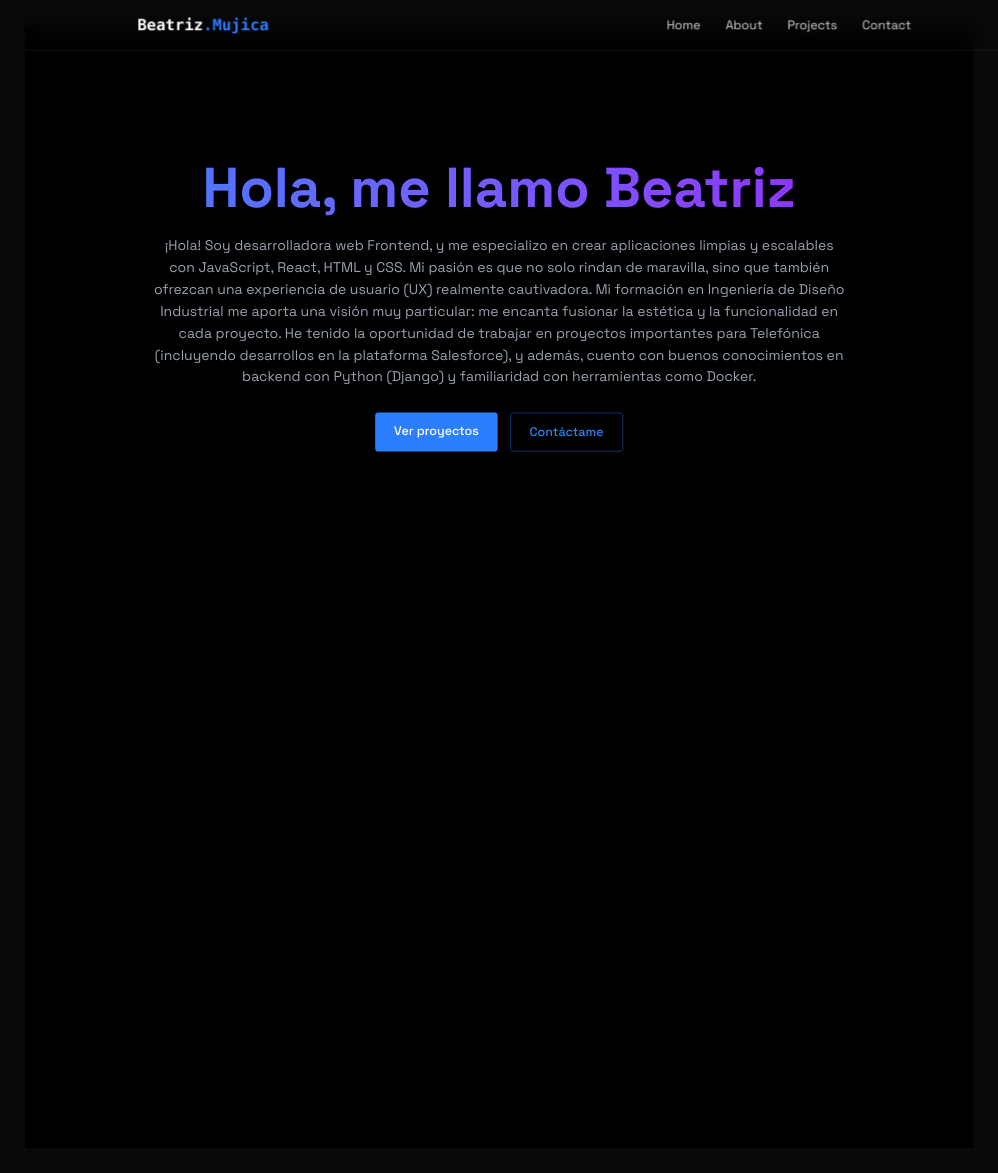
Repository: Bea0224/beatriz-portfolio
Page: /
These files come from the project's save history. The page is drawn as it stood at one moment and after a run of saves; the edit follows.
The browser window is 1280 px wide. The pictures show the whole page, at 78% of full size.
The project was rebuilt for these pictures with package versions that can differ from the ones it lists, and the page was loaded fresh each time. Also part of the build but not shown: vite.config.js.

Above is the page before, as saved 2025-12-06 20:47:48.

### index.html
<!doctype html>
<html lang="en">
  <head>
    <meta charset="UTF-8" />
    <link rel="icon" type="image/svg+xml" href="/vite.svg" />
    <link rel="preconnect" href="https://fonts.googleapis.com">
    <link rel="preconnect" href="https://fonts.gstatic.com" crossorigin>
    <link
      href="https://fonts.googleapis.com/css2?family=Space+Grotesk:wght@300..700&display=swap"
      rel="stylesheet"
    />
    <meta name="viewport" content="width=device-width, initial-scale=1.0" />
    <title>Vite + React</title>
  </head>
  <body>
    <div id="root"></div>
    <script type="module" src="/src/main.jsx"></script>
  </body>
</html>

### src/index.css
@import "tailwindcss";

html,
body {
  margin: 0;
  padding: 0;
  font-family: "Space Grotesk", sans-serif;
  background: #0a0a0a;
  color: #f3f4f6;
}

@layer utilities {
  @keyframes blink {
    0%,
    100% {
      opacity: 1;
    }
    50% {
      opacity: 0;
    }
  }

  .animate-blink {
    animation: blink 0.8s step-end infinite;
  }

  @keyframes loading {
    0% {
      transform: translateX(-100%);
    }
    100% {
      transform: translateX(250%);
    }
  }

  .animate-loading-bar {
    animation: loading 0.8s ease infinite;
  }
}

.reveal {
  opacity: 0;
  transform: translateY(20px);
  transition: opacity 0.7s ease, transform 0.7s ease;
}

.reveal.visible {
  opacity: 1;
  transform: translateY(0);
}

### src/App.jsx
import { useState } from 'react';
import './App.css'
import {LoadingScreen} from "./components/LoadingScreem";
import { Navbar } from './components/Navbar';
import { MobileMenu } from './components/MobileMenu';
import { Home } from './components/sections/Home';
import { About } from './components/sections/About';
// import { Projects } from './components/sections/Projects';
// import { Contact } from './components/sections/Contact';

import "./index.css"

function App() {
  const [isLoaded, setIsLoaded] = useState(false)
  const [menuOpen, setMenuOpen] = useState(false)

  return (
    <>
      {!isLoaded && <LoadingScreen onComplete={()=>setIsLoaded(true)} />}{" "}
        <div className={`min-h-screen transition-opacity duration-700 ${isLoaded ? "opacity-100" : "opacity-0"
        } bg-black text-gray-100`}
        >
          <Navbar menuOpen={menuOpen} setMenuOpen={setMenuOpen} />
          <MobileMenu menuOpen={menuOpen} setMenuOpen={setMenuOpen} />
          <Home />
          <About />
          {/*<Projects />
          <Contact /> */}
        </div>
    </>
  )
}

export default App

### src/components/LoadingScreem.jsx
import { useEffect, useState } from "react";

export const LoadingScreen = ({ onComplete }) => {
  const [text, setText] = useState("");
  const fullText = "<Hello Wolrd! />";

  useEffect(() => {
    let index = 0;
    const interval = setInterval(() => {
      setText(fullText.substring(0, index));
      index++;

      if (index > fullText.length) {
        clearInterval(interval);

        setTimeout(() => {
          onComplete();
        }, 1000);
      }
    }, 100);

    return () => clearInterval(interval);
  }, [onComplete]);

  return (
    <div className="fixed inset-0 z-50 bg-black text-gray-100 flex flex-col items-center justify-center">
      <div className="mb-4 text-4xl font-mono font-bold">
        {text} <span className="animate-blink ml-1"> | </span>
      </div>

      <div className="w-[200px] h-[2px] bg-gray-800 rounded relative overflow-hidden">
        <div className="w-[40%] h-full bg-blue-500 shadow-[0_0_15px_#3b82f6] animate-loading-bar"></div>
      </div>
    </div>
  );
};

### src/components/Navbar.jsx
import { useEffect } from "react"

export const Navbar = ({menuOpen, setMenuOpen}) => {

    useEffect(() => {
        document.body.style.overflow = menuOpen ? "hidden" : "";
    }, [menuOpen])

    return (
    <nav className="fixed top-0 w-full z-40 bg-[rgba(10, 10, 10, 0.8)] backdrop-blur-lg border-b border-white/10 shadow-lg">
        <div className="max-w-5xl mx-auto px-4">
            <div className="flex justify-between items-center h-16">
                <a href="#home" className="font-mono text-xl font-bold text-white">
                    {" "}
                    Beatriz<span className="text-blue-500">.Mujica</span>{" "}
                </a>
                <div className="w-7 h-5 relative cursor-pointer z-40 md:hidden" onClick={()=> setMenuOpen((prev => !prev))}>
                    &#9776;
                </div>
                <div className="hidden md:flex items-center space-x-8">
                    <a
                        href="#home"
                        className="text-gray-300 hove:text-white transition-colors"
                    >
                        {" "}
                        Home{" "}
                    </a>
                    <a
                        href="#about"
                        className="text-gray-300 hove:text-white transition-colors"
                    >
                        {" "}
                        About{" "}
                    </a>
                    <a
                        href="#projects"
                        className="text-gray-300 hove:text-white transition-colors"
                    >
                        {" "}
                        Projects{" "}
                    </a>
                    <a
                        href="contact"
                        className="text-gray-300 hove:text-white transition-colors"
                    >
                        {" "}
                        Contact{" "}
                    </a>
                </div>
            </div>
        </div>
    </nav>
    )
}

### src/components/MobileMenu.jsx
export const MobileMenu = ({menuOpen, setMenuOpen}) => {


    return (
        <div className={`fixed top-0 left-0 w-full bg-[rgba(10,10,10,0.8)] z-40 flex flex-col items-center justify-center
                         transition-all duration-300 ease-in-out
                         ${menuOpen
                            ? "h-screen opacity-100 pointer-events-auto"
                            : "h-0 opacity-0 pointer-events-none"
                         }
                        `}
        >
            <button
                onClick={() => setMenuOpen(false)}
                className="absolute top-6 right-6 text-white text-3xl focus:outline-none cursor-pointer"
                aria-label="Close Menu"
                >
                &times;
            </button>

            <a
                href="#home"
                onClick={() => setMenuOpen(false)}
                className={`text-2xl font-semibold text-white my-4 tranform transition-transform duration-300
                            ${
                                menuOpen
                                    ? "opacity-100 translate-y-0"
                                    : "opacity-0 translate-y-5"
                            }
                    `}
            >
                Home
            </a>
            <a
                href="#about"
                onClick={() => setMenuOpen(false)}
                className={`text-2xl font-semibold text-white my-4 tranform transition-transform duration-300
                            ${
                                menuOpen
                                    ? "opacity-100 translate-y-0"
                                    : "opacity-0 translate-y-5"
                            }
                    `}
            >
                About
            </a>
            <a
                href="#projects"
                onClick={() => setMenuOpen(false)}
                className={`text-2xl font-semibold text-white my-4 tranform transition-transform duration-300
                            ${
                                menuOpen
                                    ? "opacity-100 translate-y-0"
                                    : "opacity-0 translate-y-5"
                            }
                    `}
            >
                Projects
            </a>
            <a
                href="contact"
                onClick={() => setMenuOpen(false)}
                className={`text-2xl font-semibold text-white my-4 tranform transition-transform duration-300
                            ${
                                menuOpen
                                    ? "opacity-100 translate-y-0"
                                    : "opacity-0 translate-y-5"
                            }
                    `}
            >
                Contact
            </a>
        </div>
    );
}

### src/components/sections/Home.jsx


export const Home = () => {
    return (
        <section
            id="home"
            className="min-h-screen flex items-center justify-center relative">
                <div className="text-center z-10 px-4">
                    <h1 className="text-5xl md:text-7xl font-bold mb-6 bg-gradient-to-r from-blue-500 to-purple-600 bg-clip-text text-transparent leading-right">
                        Hola, me llamo Beatriz
                    </h1>
                    <p className="text-gray-400 text-lg mb-8 w-3/4 mx-auto">
                        ¡Hola! Soy desarrolladora web Frontend, y me especializo en crear aplicaciones limpias y escalables con JavaScript, React, HTML y CSS. Mi pasión es que no solo rindan de maravilla, sino que también ofrezcan una experiencia de usuario (UX) realmente cautivadora.
                        Mi formación en Ingeniería de Diseño Industrial me aporta una visión muy particular: me encanta fusionar la estética y la funcionalidad en cada proyecto.
                        He tenido la oportunidad de trabajar en proyectos importantes para Telefónica (incluyendo desarrollos en la plataforma Salesforce), y además, cuento con buenos conocimientos en backend con Python (Django) y familiaridad con herramientas como Docker.
                    </p>
                    <div className="flex justify-center space-x-4">
                        <a href="#projects" className="bg-blue-500 text-white py-3 px-6 rounded font-medium transition relative overflow-hidden hover:-translate-y-0.5 hover:shadow-[0_0_15px_rgba(59, 130, 246, 0.4)]">
                            Ver proyectos
                        </a>
                        <a href="#contact" className="border border-blue-500/50 text-blue-500 py-3 px-6 rounded font-medium transition-all duration-200 hover:shadow-[0_0_15px_rgba(59, 130, 246, 0.2)] hover:bg-blue-500/10">
                            Contáctame
                        </a>
                    </div>
                </div>
        </section>
    )
}

### src/components/sections/About.jsx
export const About = () => {
    return(
        <section
            id="about"
            className="min-h-screen flex items-center justify-center py-20"
        >
            <div className="max-w-3xl mx-auto px-4">
                <h2 className="text-3xl font-bold mb-8 bg-gradient from-blue-500 to-cyan-400 bg-clip-text text-transparent text-center">About Me</h2>
            </div>
        </section>
    );

}

Loaded but not shown: src/main.jsx (common file); src/App.css (common file)

After the next 2 saves:
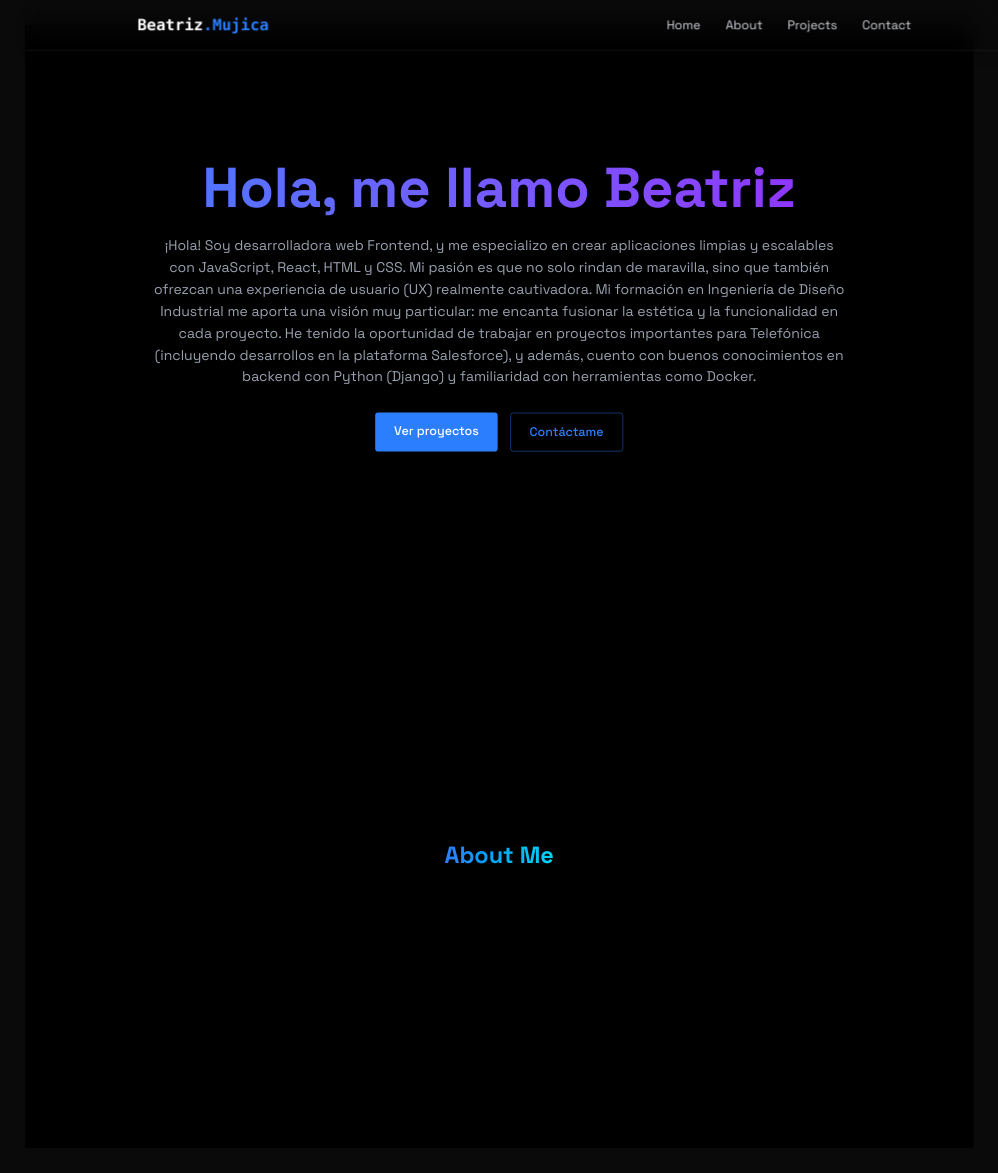
The 2 saves are shown as one change because they came seconds apart.
The last was saved 25 s later.
--- a/src/components/sections/About.jsx
+++ b/src/components/sections/About.jsx
@@ -5,7 +5,7 @@ export const About = () => {
             className="min-h-screen flex items-center justify-center py-20"
         >
             <div className="max-w-3xl mx-auto px-4">
-                <h2 className="text-3xl font-bold mb-8 bg-gradient from-blue-500 to-cyan-400 bg-clip-text text-transparent text-center">About Me</h2>
+                <h2 className="text-3xl font-bold mb-8 bg-gradient-to-r from-blue-500 to-cyan-400 bg-clip-text text-transparent text-center">About Me</h2>
             </div>
         </section>
     );
